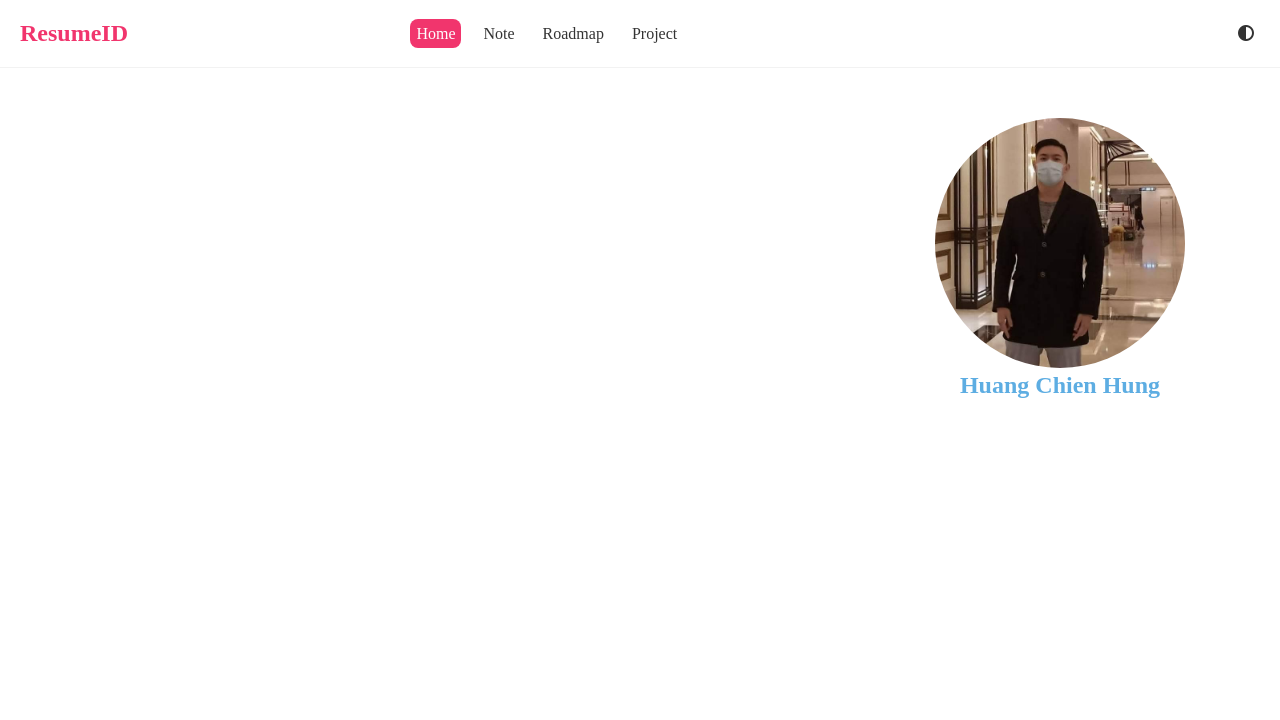
Repository: leo-play-code/ResumeID
Page: /
These files come from the project's save history. The page is drawn as it stood at one moment and after a run of saves; the edit follows.
The browser window is 1280 px wide. The pictures show the whole page.
Some web libraries are served in a nearby version. The project was rebuilt for these pictures with package versions that can differ from the ones it lists, and the page was loaded fresh each time. Also part of the build but not shown: src/Note/Note.js, src/Roadmap/Roadmap.js, src/Project/Project.js.

Above is the page before, as saved 2022-10-18 14:10:36.

### public/index.html
<!DOCTYPE html>
<html lang="en">
  <head>
    <meta charset="utf-8" />
    <link rel="icon" href="%PUBLIC_URL%/favicon.ico" />
    <meta name="viewport" content="width=device-width, initial-scale=1" />
    <meta name="theme-color" content="#000000" />
    <meta
      name="description"
      content="Web site created using create-react-app"
    />
    <link rel="apple-touch-icon" href="%PUBLIC_URL%/logo192.png" />
    <link rel="manifest" href="%PUBLIC_URL%/manifest.json" />

    <!-- fontawesome -->
    <script src="https://kit.fontawesome.com/14e9a4f90b.js" crossorigin="anonymous"></script>
    <title>React App</title>
  </head>
  <body>
    <noscript>You need to enable JavaScript to run this app.</noscript>
    <div id="root"></div>
  </body>
</html>

### src/index.css
/* base styles */
* {
  margin: 0;
  font-family: "Quicksand";
  color: #333;
}
.navbar {
  padding: 20px;
  display: flex;
  align-items: center;
  max-width: 100%;
  margin: 0 auto;
  border-bottom: 1px solid #f2f2f2;
}
.navbar h1 {
  color: #f1356d;
}
.navbar-center{
  margin-inline: auto;
}
.navbar-center .page-selected{
  color:white;
  background: #f1356d;
  border-radius: 8px;
  pointer-events: none;
}
.navbar .navbar-right {
  margin-left: auto;
}
.navbar a {
  margin-left: 16px;
  text-decoration: none;
  padding: 6px;
}
.navbar a:hover {
  color: #f1356d;
}
.content {
  max-width: 600px;
  margin: 40px auto;
  padding: 20px;
}

/* Home */
.Home .profile-container{
  width:400px;
  height:300px;
  margin-top: 50px;
  margin-right:20px;
  margin-bottom: 20px;
  float:right;
  text-align: center;
}
.Home .profile-container img{
  border-radius: 50%;
  max-width: 250px;
}
.Home .profile-container .MainName{
  color:#5DADE2;
}

.Home .introduction-container{
  width: 600px;
  h
}

### src/App.js
import Navbar from './Navbar/Navbar';
import { BrowserRouter as Router,Route,Switch} from 'react-router-dom'
import Home from './Home/Home';
import Note from './Note/Note';
import Roadmap from './Roadmap/Roadmap';
import Project from './Project/Project';

function App(){
    return (
        <Router>
            <div className="App">
            <Navbar />
                <Switch>
                    <Route exact path='/'>
                        <Home />
                    </Route>
                    <Route exact path='/Note'>
                        <Note />
                    </Route>
                    <Route exact path='/Roadmap'>
                        <Roadmap />
                    </Route>
                    <Route exact path='/Project'>
                        <Project />
                    </Route>

                </Switch>
            </div>
        </Router>

    )
}

export default App;

### src/Navbar/Navbar.js
import { useEffect, useState } from 'react';
import {Link} from 'react-router-dom';

function Navbar(){
    const [navbar_state,setPageState] = useState('');
    function ChangeColor(){
        console.log('changecolor')
    }
    function PageSelected(navbar_state){
        setPageState(navbar_state)
    }
    useEffect(()=>{
        const init_url_arr = window.location.href.split('/')
        const init_url_page = init_url_arr[init_url_arr.length-1]
        setPageState(init_url_page)
    })
    return (
        <nav className="navbar">
            <h1>ResumeID</h1>
            <span className='navbar-center'>
                {(navbar_state == '')&& <Link to="/" className='page-selected'>Home</Link>}
                {!(navbar_state == '')&&<Link to="/" onClick={()=>PageSelected('Home')}>Home</Link>}
                {(navbar_state == 'Note')&& <Link to="/Note" className='page-selected'>Note</Link>}
                {!(navbar_state == 'Note')&&<Link to="/Note" onClick={()=>PageSelected('Note')}>Note</Link>}
                {(navbar_state == 'Roadmap')&& <Link to="/Roadmap" className='page-selected'>Roadmap</Link>}
                {!(navbar_state == 'Roadmap')&&<Link to="/Roadmap" onClick={()=>PageSelected('Roadmap')}>Roadmap</Link>}
                {(navbar_state == 'Project')&& <Link to="/Project" className='page-selected'>Project</Link>}
                {!(navbar_state == 'Project')&&<Link to="/Project" onClick={()=>PageSelected('Project')}>Project</Link>}
            </span>
            <div className="navbar-right">
                <a onClick={ChangeColor}><i className="fa-solid fa-circle-half-stroke"></i></a>
            </div>
        </nav>
    )
}

export default Navbar ;

### src/Home/Home.js


function Home(){
    const pic = require('./static/image/selfy.jpg');
    return(
        <div className="Home">
            <div className="introduction-container">

            </div>
            <div className="profile-container">
                <img src={pic} alt="" />
                <h2 className='MainName'>Huang Chien Hung</h2>
            </div>
        </div>
    )
}


export default Home ;

Loaded but not shown: src/index.js (common file); src/reportWebVitals.js (common file)

After the next 2 saves:
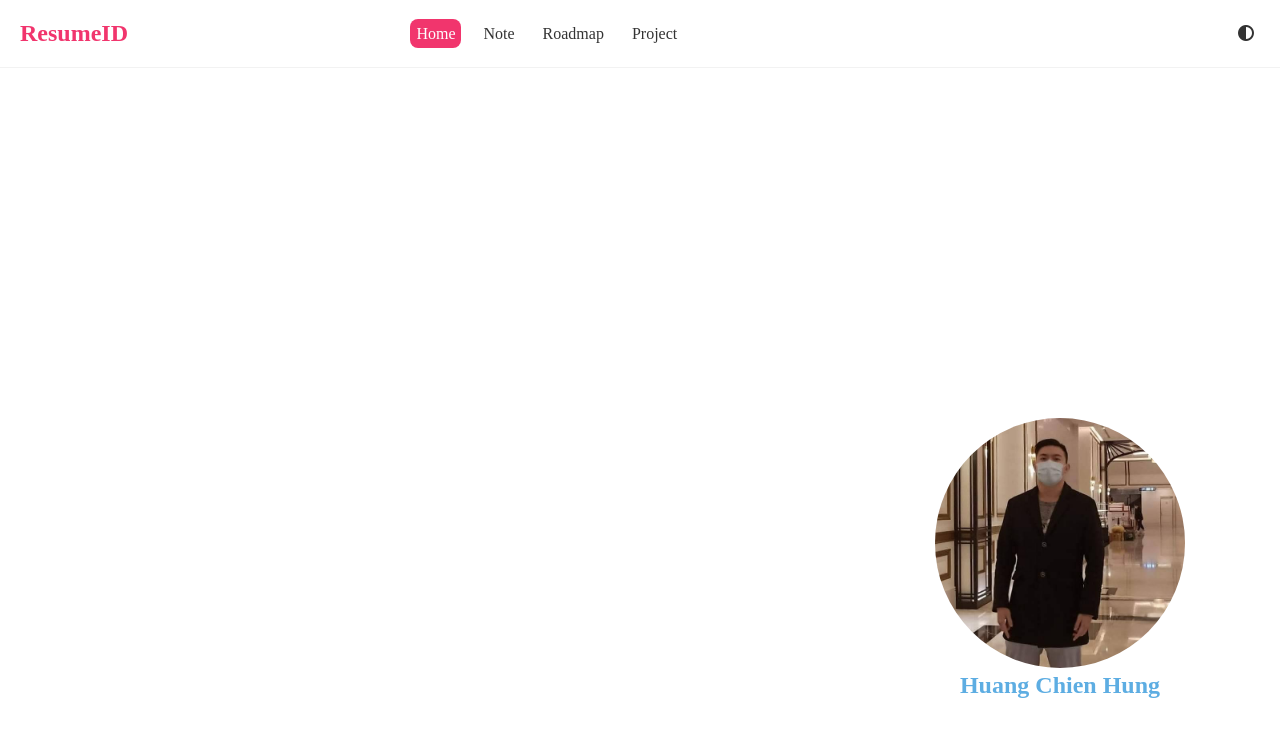
The 2 saves are shown as one change because they came seconds apart.
The last was saved 7 s later.
--- a/src/index.css
+++ b/src/index.css
@@ -61,5 +61,5 @@
 
 .Home .introduction-container{
   width: 600px;
-  h
+  height:300px ;
 }

After the 2 saves that followed:
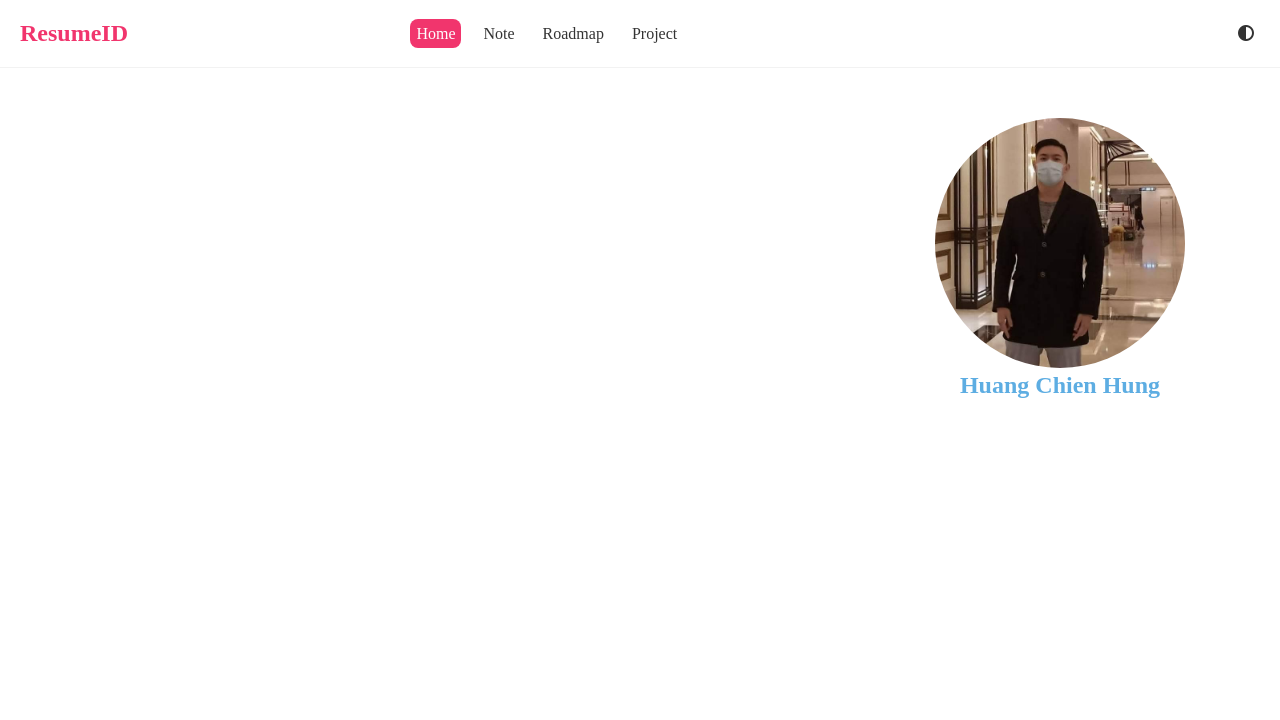
The 2 saves are shown as one change because 1 left the picture as it was.
The last was saved 15 s later.
--- a/src/index.css
+++ b/src/index.css
@@ -62,4 +62,5 @@
 .Home .introduction-container{
   width: 600px;
   height:300px ;
+  float:left;
 }
